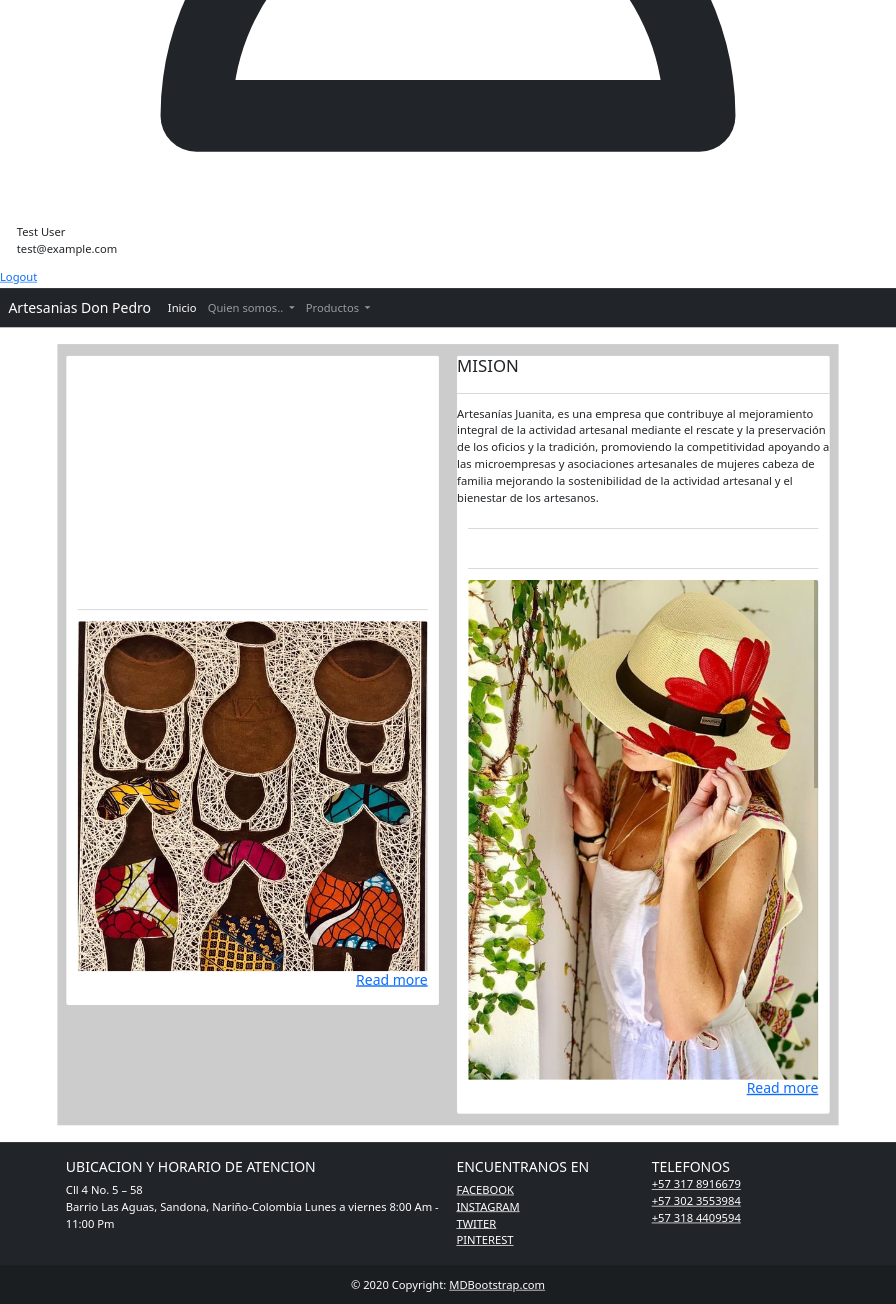
Repository: PG210/taller_artesania
Page: http://localhost/arte/mision
The author's editor kept a copy of each file at every save. The page is drawn from the files as they stood at one save, then again after the next save.
The browser window is 1280 px wide. The pictures show the part of the page from y = 2432 to 4352 px (the page is 4295 px tall before and 4352 px after), at 70% of full size.
Pictures or frames that could not be fetched are drawn as grey boxes. The page is served by the project's Laravel application, run on PHP 8.4 with Laravel 8. A made-up administrator, Test User (test@example.com), is signed in. Other server files are loaded and not shown.

Above is the page before, as saved 2021-01-14 16:12:55.

### routes/web.php
<?php

use Illuminate\Support\Facades\Route;
use App\Http\Controllers\Productos;

/*
|--------------------------------------------------------------------------
| Web Routes
|--------------------------------------------------------------------------
|
| Here is where you can register web routes for your application. These
| routes are loaded by the RouteServiceProvider within a group which
| contains the "web" middleware group. Now create something great!
|
*/

Route::get('/', function () {
    return view('welcome');
});
//ruta mision vision
Route::get('arte/vision', function () {
    return view('arte.vision');
});
//histortia
Route::get('arte/historia', function () {
    return view('arte.historia');
});
Route::get('arte/mision', function () {
    return view('arte.mision');
});

//ubicacion
Route::get('arte/ubicacion', function () {
    return view('arte.ubicacion');
});
//productos
Route::get('/productos', [Productos::class, 'index']);

Route::get('/dashboard', function () {
    return view('dashboard');
})->middleware(['auth'])->name('dashboard');

require __DIR__.'/auth.php';

### resources/views/arte/mision.blade.php
 @extends('layouts.app') @section('content')





<div class="container">

    <div class="row">

        <!--tarjeta 1 mision hotel-->
        <div class="col-lg-6" style="background-color:#ccc">

            <p>
                <!-- Card Dark -->
                <div class="card">

                    <!-- Card image -->
                    <div class="container">
                        <br>
                        <div class="view overlay ">
                            <video loop="true " muted autoplay width="530 " height="300 ">
                                <source src='{{url("/img/video.mp4")}}' type="video/mp4 " alt="Card image cap ">
                            <a>
                                <div class="mask " style=" background-color: rgba(230, 179, 179, 0.5) "></div>
                            </a>
                        </div>
                        </div>


                    <!-- Card content -->
                    <div class="card-body elegant-color white-text rounded-bottom">

                        <!-- Social shares button -->

                        <!-- Title -->
                        <h4 class="card-title"></h4>
                        <hr class="hr-light">

                        <div class="view overlay">
                            <img class="card-img-top" src="../img/4.jpg" alt="Card image cap">
                            <a>
                                <div class="mask rgba-white-slight"></div>
                            </a>
                        </div>



                        <!-- Link -->
                        <a href="#!" class="white-text d-flex justify-content-end">
                            <h5>Read more <i class="fas fa-angle-double-right"></i></h5>
                        </a>

                    </div>

                </div>
                <!-- Card Dark -->
            </p>
        </div>



        <!--tarjeta dos vision-->
        <div class="col-lg-6" style="background-color:#ccc">

            <p>
                <!-- Card Dark -->
                <div class="card">

                    <h4 class="card-title">MISION</h4>
                        <hr class="hr-light">
                        Artesanías Juanita, es una empresa que contribuye al mejoramiento integral de la actividad artesanal mediante el rescate y la preservación de los oficios y la tradición, promoviendo la competitividad apoyando a las microempresas y asociaciones artesanales de mujeres cabeza de familia mejorando la sostenibilidad de la actividad artesanal y el bienestar de los artesanos.

                    <!-- Card content -->
                    <div class="card-body elegant-color white-text rounded-bottom">

                        <!-- Social shares button -->

                        <!-- Title -->
                        <h4 class="card-title"></h4>
                        <hr class="hr-light">
                        <br>
                        <hr class="hr-light">
                        <div class="view overlay">
                            <img class="card-img-top" src="../img/8.jpg" alt="Card image cap">
                            <a>
                                <div class="mask rgba-white-slight"></div>
                            </a>
                        </div>


                        <!-- Link -->
                        <a href="#!" class="white-text d-flex justify-content-end">
                            <h5>Read more <i class="fas fa-angle-double-right"></i></h5>
                        </a>

                    </div>

                </div>
                <!-- Card Dark -->
            </p>
        </div>
    </div>
</div>




</div>
@stop

### resources/views/layouts/app.blade.php
<!DOCTYPE html>
<html lang="{{ str_replace('_', '-', app()->getLocale()) }}">
    <head>
        <meta charset="utf-8">
        <meta name="viewport" content="width=device-width, initial-scale=1">
        <meta name="csrf-token" content="{{ csrf_token() }}">

        <title>{{ config('app.name', 'Laravel') }}</title>

        <!-- Fonts -->
        <link rel="stylesheet" href="https://fonts.googleapis.com/css2?family=Nunito:wght@400;600;700&display=swap">
        <link href="{{ url('/assets/bootstrap/css/bootstrap.min.css') }}" rel="stylesheet">
        <!-- Styles -->
        <link rel="stylesheet" href="{{ asset('css/app.css') }}">

        <!-- Scripts -->
        <script src="{{ asset('js/app.js') }}" defer></script>


    </head>

    <body class="font-sans antialiased">
        <div class="min-h-screen bg-gray-100">
            @include('layouts.navigation')

            <nav class="navbar navbar-expand-lg navbar navbar-dark bg-dark">
  <div class="container-fluid">
    <a class="navbar-brand" href="#">Artesanias Don Pedro</a>
    <button class="navbar-toggler" type="button" data-bs-toggle="collapse" data-bs-target="#navbarNavDropdown" aria-controls="navbarNavDropdown" aria-expanded="false" aria-label="Toggle navigation">
      <span class="navbar-toggler-icon"></span>
    </button>
    <div class="collapse navbar-collapse" id="navbarNavDropdown">
      <ul class="navbar-nav">
        <li class="nav-item">
          <a class="nav-link active" aria-current="page" href="#">Inicio</a>
        </li>


        <li class="nav-item dropdown">
          <a class="nav-link dropdown-toggle" href="#" id="navbarDropdownMenuLink" role="button" data-bs-toggle="dropdown" aria-expanded="false">
            Quien somos..
          </a>
          <ul class="dropdown-menu" aria-labelledby="navbarDropdownMenuLink">
            <li><a class="dropdown-item" href="{{url('/arte/mision')}}">Mision</a></li>
            <li><a class="dropdown-item" href="{{url('/arte/vision')}}">Vision</a></li>
            <li><a class="dropdown-item" href="{{url('/arte/ubicacion')}}">Ubicacion</a></li>
            <li><a class="dropdown-item" href="{{url('/arte/historia')}}">Historia</a></li>
          </ul>
        </li>

        <li class="nav-item dropdown">
          <a class="nav-link dropdown-toggle" href="#" id="navbarDropdownMenuLink" role="button" data-bs-toggle="dropdown" aria-expanded="false">
            Productos
          </a>
          <ul class="dropdown-menu" aria-labelledby="navbarDropdownMenuLink">
            <li><a class="dropdown-item" href="{{url('/productos')}}">Sombreros</a></li>
            <li><a class="dropdown-item" href="#">Mochilas</a></li>
            <li><a class="dropdown-item" href="#">Tejidos</a></li>
            <li><a class="dropdown-item" href="#">Visuterias</a></li>
            <li><a class="dropdown-item" href="#">Ofertas</a></li>
          </ul>
        </li>
      </ul>
    </div>
  </div>
</nav>
<br>
            <!-- Page Heading -->
            <div class="container">
           @yield('content')
           </div>
        </div>
<!--footer-->
<br>
        <footer class="bg-dark text-white text-center text-lg-start">
  <!-- Grid container -->
  <div class="container p-4">
    <!--Grid row-->
    <div class="row">
      <!--Grid column-->
      <div class="col-lg-6 col-md-12 mb-4 mb-md-0">
        <h5 class="text-uppercase">Ubicacion y Horario de Atencion</h5>

        <p>
        <bFooterr>
        Cll 4 No. 5 – 58<br>
        Barrio Las Aguas, Sandona, Nariño-Colombia
        Lunes a viernes 8:00 Am - 11:00 Pm
        </p>
      </div>
      <!--Grid column-->

      <!--Grid column-->
      <div class="col-lg-3 col-md-6 mb-4 mb-md-0">
        <h5 class="text-uppercase">Encuentranos en</h5>

        <ul class="list-unstyled mb-0">
          <li>
            <a href="#!" class="text-white">FACEBOOK</a>
          </li>
          <li>
            <a href="#!" class="text-white">INSTAGRAM</a>
          </li>
          <li>
            <a href="#!" class="text-white">TWITER</a>
          </li>
          <li>
            <a href="#!" class="text-white">PINTEREST</a>
          </li>
        </ul>
      </div>
      <!--Grid column-->

      <!--Grid column-->
      <div class="col-lg-3 col-md-6 mb-4 mb-md-0">
        <h5 class="text-uppercase mb-0">TELEFONOS</h5>

        <ul class="list-unstyled">
          <li>
            <a href="#!" class="text-white">+57 317 8916679</a>
          </li>
          <li>
            <a href="#!" class="text-white">+57 302 3553984</a>
          </li>
          <li>
            <a href="#!" class="text-white">+57 318 4409594</a>
          </li>

        </ul>
      </div>
      <!--Grid column-->
    </div>
    <!--Grid row-->
  </div>
  <!-- Grid container -->

  <!-- Copyright -->
  <div class="text-center p-3" style="background-color: rgba(0, 0, 0, 0.2)">
    © 2020 Copyright:
    <a class="text-white" href="https://mdbootstrap.com/">MDBootstrap.com</a>
  </div>
  <!-- Copyright -->
</footer>
<!--end footer-->



        <script src="https://code.jquery.com/jquery-3.5.1.slim.min.js" integrity="sha384-DfXdz2htPH0lsSSs5nCTpuj/zy4C+OGpamoFVy38MVBnE+IbbVYUew+OrCXaRkfj" crossorigin="anonymous"></script>
        <script src="https://cdn.jsdelivr.net/npm/popper.js@1.16.1/dist/umd/popper.min.js" integrity="sha384-9/reFTGAW83EW2RDu2S0VKaIzap3H66lZH81PoYlFhbGU+6BZp6G7niu735Sk7lN" crossorigin="anonymous"></script>
       <script type="text/javascript" src="{{ url('/assets/bootstrap/js/bootstrap.min.js') }}"></script>
    </body>
</html>

### resources/views/layouts/navigation.blade.php
<nav x-data="{ open: false }" class="bg-white border-b border-gray-100">
    <!-- Primary Navigation Menu -->
    <!--aqui cambiar-->
    <div class=" navbar-dark bg-indigo">
        <div class="flex justify-between h-16">
            <div class="flex">
                <!-- Logo -->
                <div class="flex-shrink-0 flex items-center">
                    <a href="{{ route('dashboard') }}">
                        <x-application-logo class="block h-10 w-auto fill-current text-gray-600" />
                    </a>
                </div>

                <!-- Navigation Links -->
                <div class="hidden space-x-8 sm:-my-px sm:ml-10 sm:flex">
                    <x-nav-link :href="route('dashboard')" :active="request()->routeIs('dashboard')">
                        {{ __('Bienvenidos! Tienda Virtual') }}
                    </x-nav-link>
                </div>
            </div>

            <!-- Settings Dropdown -->
            <div class="hidden sm:flex sm:items-center sm:ml-6">
                <x-dropdown align="right" width="48">
                    <x-slot name="trigger">
                        <button class="flex items-center text-sm font-medium text-gray-500 hover:text-gray-700 hover:border-gray-300 focus:outline-none focus:text-gray-700 focus:border-gray-300 transition duration-150 ease-in-out">
                            <div>{{ Auth::user()->name }}</div>

                            <div class="ml-1">
                                <svg class="fill-current h-4 w-4" xmlns="http://www.w3.org/2000/svg" viewBox="0 0 20 20">
                                    <path fill-rule="evenodd" d="M5.293 7.293a1 1 0 011.414 0L10 10.586l3.293-3.293a1 1 0 111.414 1.414l-4 4a1 1 0 01-1.414 0l-4-4a1 1 0 010-1.414z" clip-rule="evenodd" />
                                </svg>
                            </div>
                        </button>
                    </x-slot>

                    <x-slot name="content">
                        <!-- Authentication -->
                        <form method="POST" action="{{ route('logout') }}">
                            @csrf

                            <x-dropdown-link :href="route('logout')"
                                    onclick="event.preventDefault();
                                                this.closest('form').submit();">
                                {{ __('Logout') }}
                            </x-dropdown-link>
                        </form>
                    </x-slot>
                </x-dropdown>
            </div>

            <!-- Hamburger -->
            <div class="-mr-2 flex items-center sm:hidden">
                <button @click="open = ! open" class="inline-flex items-center justify-center p-2 rounded-md text-gray-400 hover:text-gray-500 hover:bg-gray-100 focus:outline-none focus:bg-gray-100 focus:text-gray-500 transition duration-150 ease-in-out">
                    <svg class="h-6 w-6" stroke="currentColor" fill="none" viewBox="0 0 24 24">
                        <path :class="{'hidden': open, 'inline-flex': ! open }" class="inline-flex" stroke-linecap="round" stroke-linejoin="round" stroke-width="2" d="M4 6h16M4 12h16M4 18h16" />
                        <path :class="{'hidden': ! open, 'inline-flex': open }" class="hidden" stroke-linecap="round" stroke-linejoin="round" stroke-width="2" d="M6 18L18 6M6 6l12 12" />
                    </svg>
                </button>
            </div>
        </div>
    </div>

    <!-- Responsive Navigation Menu -->
    <div :class="{'block': open, 'hidden': ! open}" class="hidden sm:hidden">
        <div class="pt-2 pb-3 space-y-1">
            <x-responsive-nav-link :href="route('dashboard')" :active="request()->routeIs('dashboard')">
                {{ __('Dashboard') }}
            </x-responsive-nav-link>
        </div>

        <!-- Responsive Settings Options -->
        <div class="pt-4 pb-1 border-t border-gray-200">
            <div class="flex items-center px-4">
                <div class="flex-shrink-0">
                    <svg class="h-10 w-10 fill-current text-gray-400" xmlns="http://www.w3.org/2000/svg" fill="none" viewBox="0 0 24 24" stroke="currentColor">
                        <path stroke-linecap="round" stroke-linejoin="round" stroke-width="2" d="M16 7a4 4 0 11-8 0 4 4 0 018 0zM12 14a7 7 0 00-7 7h14a7 7 0 00-7-7z" />
                    </svg>
                </div>

                <div class="ml-3">
                    <div class="font-medium text-base text-gray-800">{{ Auth::user()->name }}</div>
                    <div class="font-medium text-sm text-gray-500">{{ Auth::user()->email }}</div>
                </div>
            </div>

            <div class="mt-3 space-y-1">
                <!-- Authentication -->
                <form method="POST" action="{{ route('logout') }}">
                    @csrf

                    <x-responsive-nav-link :href="route('logout')"
                            onclick="event.preventDefault();
                                        this.closest('form').submit();">
                        {{ __('Logout') }}
                    </x-responsive-nav-link>
                </form>
            </div>
        </div>
    </div>
</nav>

Loaded but not shown: routes/auth.php (common file); app/Models/User.php (common file); resources/views/components/application-logo.blade.php (common file); resources/views/components/nav-link.blade.php (common file); resources/views/components/dropdown-link.blade.php (common file); resources/views/components/dropdown.blade.php (common file); resources/views/components/responsive-nav-link.blade.php (common file); public/assets/bootstrap/css/bootstrap.min.css (library); public/assets/bootstrap/js/bootstrap.min.js (library); public/js/app.js (library)

After the next save:
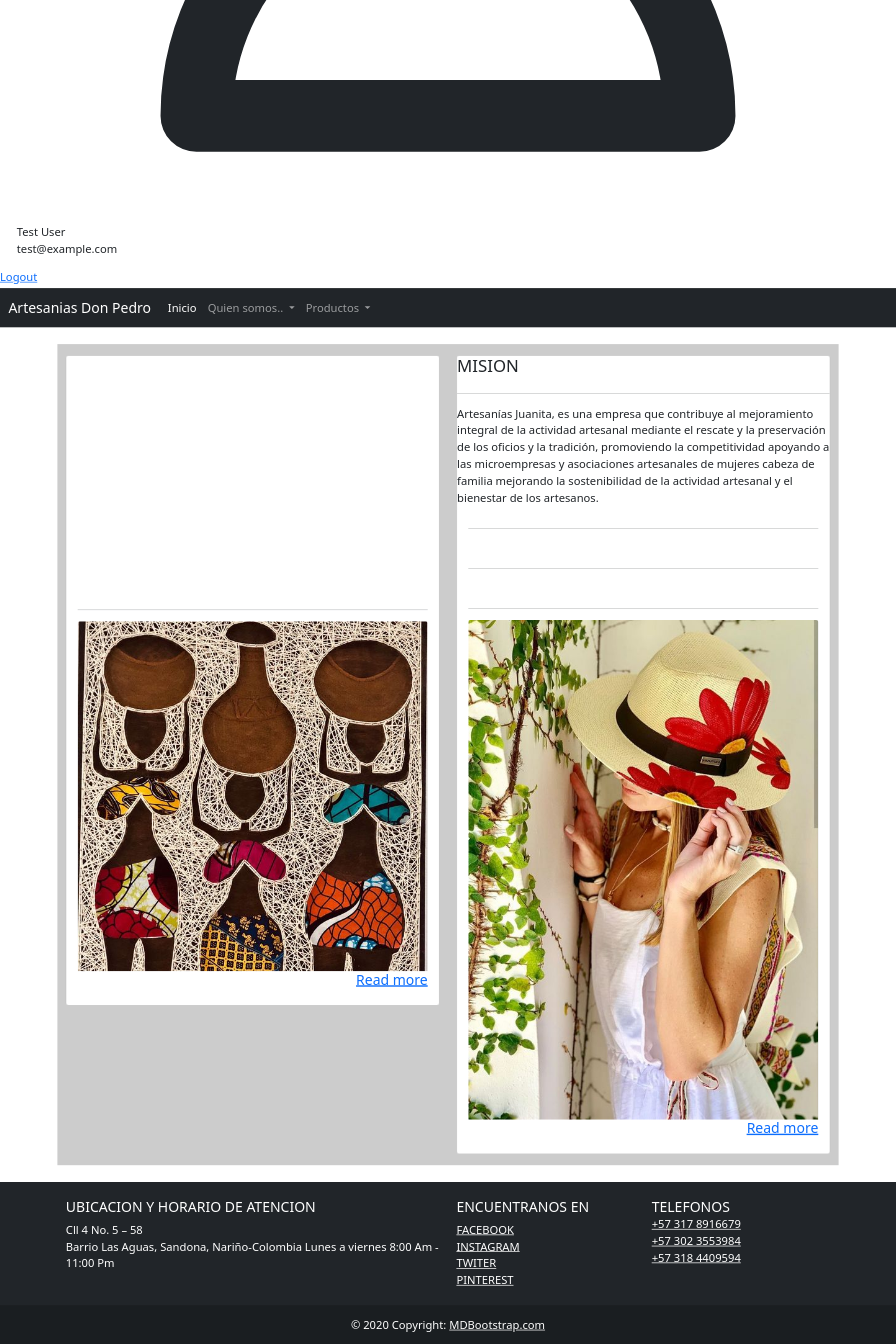
Saved 21 s later.
--- a/resources/views/arte/mision.blade.php
+++ b/resources/views/arte/mision.blade.php
@@ -81,6 +81,8 @@
                         <hr class="hr-light">
                         <br>
                         <hr class="hr-light">
+                        <br>
+                        <hr class="hr-light">
                         <div class="view overlay">
                             <img class="card-img-top" src="../img/8.jpg" alt="Card image cap">
                             <a>
